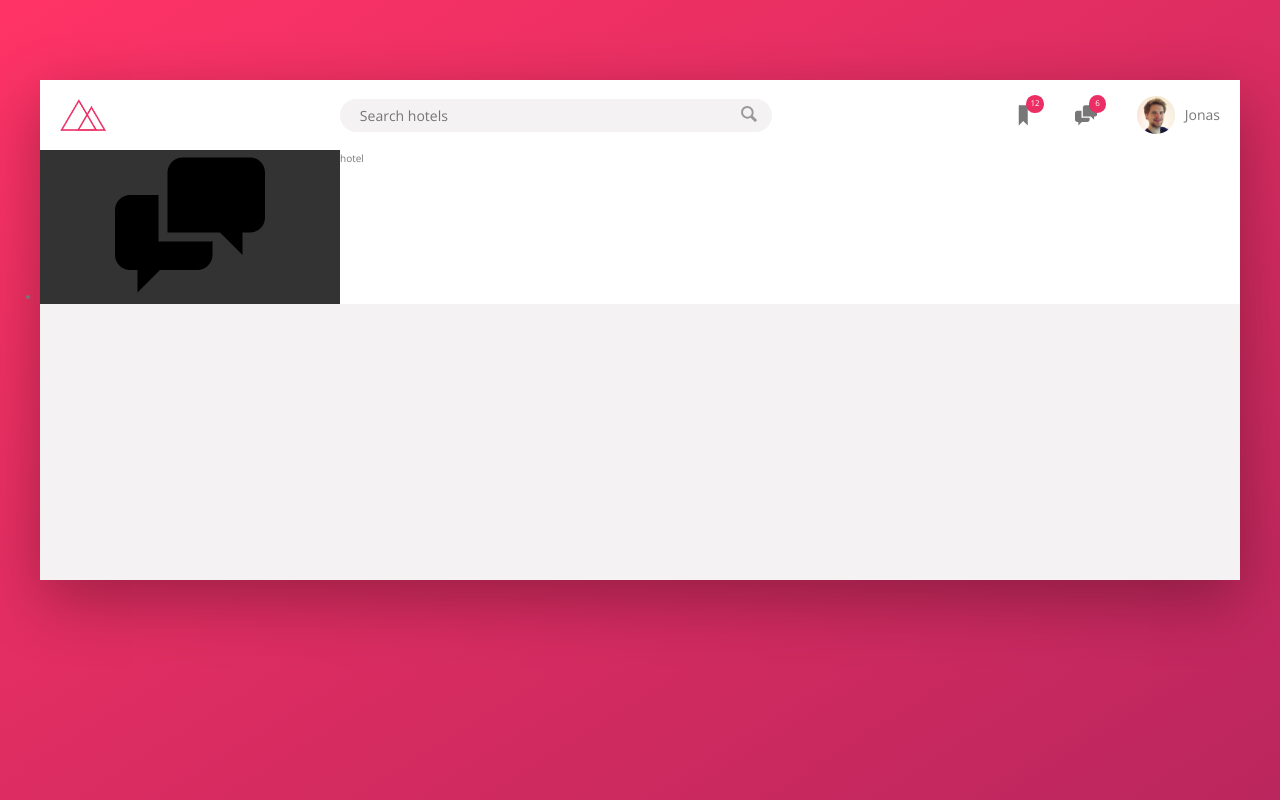
Repository: mohamediyas/flex_website
Page: index.html
These files come from the project's save history. The page is drawn as it stood at one moment and after the next save; the edit follows.
The browser window is 1280 px wide. The pictures show the whole page.
The style sheet was rebuilt from its Sass, Less or Tailwind sources for each picture, by a compiler version that may differ from the author's.

Above is the page before, as saved 2022-07-31 19:43:28.

### index.html
<!DOCTYPE html>
<html lang="en">
  <head>
    <meta charset="UTF-8" />
    <meta name="viewport" content="width=device-width, initial-scale=1.0" />
    <meta http-equiv="X-UA-Compatible" content="ie=edge" />

    <link
      href="https://fonts.googleapis.com/css?family=Open+Sans:300,400,600"
      rel="stylesheet"
    />
    <link rel="stylesheet" href="css/style.css" />
    <link rel="shortcut icon" type="image/png" href="img/favicon.png" />

    <title>nexter &mdash; your home, your freedom</title>
  </head>
  <body>
    <div class="container">
      <header class="header">
        <img src="img/logo.png" alt="trilio logo" class="logo" />
        <form action="#" class="search">
          <input
            type="text"
            class="search__input"
            placeholder="Search hotels"
          />
          <button class="search__button">
            <svg class="search__icon">
              <use xlink:href="img/sprite.svg#icon-magnifying-glass"></use>
            </svg>
          </button>
        </form>

        <nav class="user-nav">
          <div class="user-nav__icon-box">
            <svg class="user-nav__icon">
              <use xlink:href="img/sprite.svg#icon-bookmark"></use>
            </svg>
            <span class="user-nav__notification">12</span>
          </div>
          <div class="user-nav__icon-box">
            <svg class="user-nav__icon">
              <use xlink:href="img/sprite.svg#icon-chat"></use>
            </svg>
            <span class="user-nav__notification">6</span>
          </div>
          <div class="user-nav__user">
            <img
              src="img/user.jpg"
              alt="user image"
              class="user-nav__user-photo"
            />
            <span class="user-nav__user-name">Jonas</span>
          </div>
        </nav>
      </header>
      <div class="content">
        <nav class="sidebar">
          <ul class="side-nav">
            <li class="side-nav__item">
              <a href="#" class="side-nav__link">
                <svg class="side-nav__icon">
                  <use xlink:href="img/sprite.svg#icon-chat"></use>
                </svg>
              </a>
            </li>
          </ul>
        </nav>
        <main class="hotel">hotel</main>
      </div>
    </div>
  </body>
</html>

### sass/_base.scss
// COLOR VARIABLES

:root {
  --color-primary: #eb2f64;
  --color-primary-light: #ff3366;
  --color-primary-dark: #ba265d;

  --color-grey-light-1: #faf9f9;
  --color-grey-light-2: #f4f2f2;
  --color-grey-light-3: #f0eeee;
  --color-grey-light-4: #ccc;

  --color-grey-dark-1: #333;
  --color-grey-dark-2: #777;
  --color-grey-dark-3: #999;

  --shadow-dark: 0 2rem 6rem rgba(0, 0, 0, 0.3);
  --shadow-light: 0 2rem 5rem rgba(0, 0, 0, 0.06);

  --line: 1px solid var(--color-grey-light-2);
}

* {
  margin: 0;
  padding: 0;
}

*,
*::after,
*::before {
  box-sizing: inherit;
}

html {
  box-sizing: border-box;
  font-size: 62.5%;
}

body {
  background-image: linear-gradient(
    to right bottom,
    var(--color-primary-light),
    var(--color-primary-dark)
  );
  font-family: "Open Sans", sans-serif;
  font-weight: 400;
  line-height: 1.6;
  background-size: cover;
  background-repeat: no-repeat;
  min-height: 100vh;
  color: var(--color-grey-dark-2);
}

### sass/_components.scss
.logo {
  height: 3.25rem;
  margin-left: 2rem;
}

.search {
  flex: 0 0 40%;

  display: flex;
  justify-content: center;
  align-items: center;

  &__input {
    font-family: inherit;
    font-size: inherit;
    background-color: var(--color-grey-light-2);
    border: none;
    color: inherit;
    padding: 0.7rem 2rem;
    border-radius: 100px;
    width: 90%;
    transition: all 0.2s;
    margin-right: -3.25rem;
    &:focus {
      outline: none;
      width: 100%;
      background-color: var(--color-grey-light-3);
    }
  }

  &::-webkit-input-placeholder {
    font-weight: 100;
    color: var(--color-grey-light-4);
  }

  &__input:focus + &__button {
    background-color: var(--color-grey-light-3);
  }

  &__button {
    border: none;
    background-color: var(--color-grey-light-2);

    &:focus {
      outline: none;
    }

    &:active {
      transform: translateY(2px);
    }
  }

  &__icon {
    height: 2rem;
    width: 2rem;
    fill: var(--color-grey-dark-3);
  }
}

.user-nav {
  align-self: stretch;
  display: flex;
  align-items: center;

  & > * {
    padding: 0 2rem;
    cursor: pointer;
    height: 100%;
    display: flex;
    align-items: center;
  }

  & > *:hover {
    background-color: var(--color-grey-light-2);
  }

  &__icon-box {
    position: relative;
  }

  &__icon {
    height: 2.25rem;
    width: 2.25rem;
    fill: var(--color-grey-dark-2);
  }

  &__notification {
    font-size: 0.8rem;
    height: 1.75rem;
    width: 1.75rem;
    border-radius: 50%;
    background-color: var(--color-primary);
    color: #fff;
    position: absolute;
    top: 1.5rem;
    right: 1.1rem;
    display: flex;
    justify-content: center;
    align-items: center;
  }

  &__user {
  }

  &__user-photo {
    height: 3.75rem;
    border-radius: 50%;
    margin-right: 1rem;
  }

  &__user-name {
  }
}

### sass/_layout.scss
.container {
  max-width: 120rem;
  margin: 8rem auto;
  background-color: var(--color-grey-light-2);
  box-shadow: var(--shadow-dark);
  min-height: 50rem;
}

.header {
  font-size: 1.4rem;
  height: 7rem;
  background-color: #fff;
  border-bottom: var(--color-grey-light-2);
  display: flex;
  justify-content: space-between;
  align-items: center;
}

.content {
  display: flex;
}

.sidebar {
  background-color: var(--color-grey-dark-1);
  flex: 0 0 18%;
}

.hotel {
  background-color: #fff;
  flex: 1;
}

Loaded but not shown: sass/main.scss (common file)

After the next save:
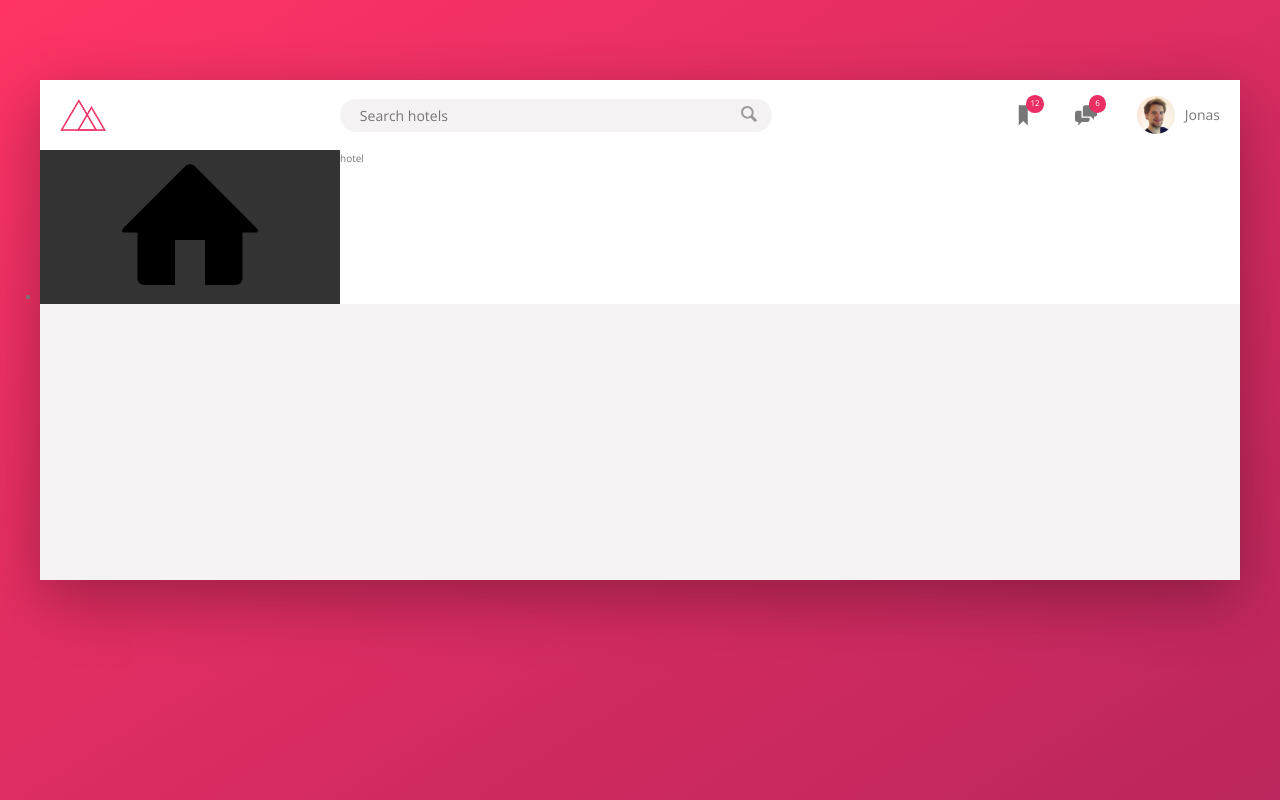
Saved 18 s later.
--- a/index.html
+++ b/index.html
@@ -60,7 +60,7 @@
             <li class="side-nav__item">
               <a href="#" class="side-nav__link">
                 <svg class="side-nav__icon">
-                  <use xlink:href="img/sprite.svg#icon-chat"></use>
+                  <use xlink:href="img/sprite.svg#icon-home"></use>
                 </svg>
               </a>
             </li>
